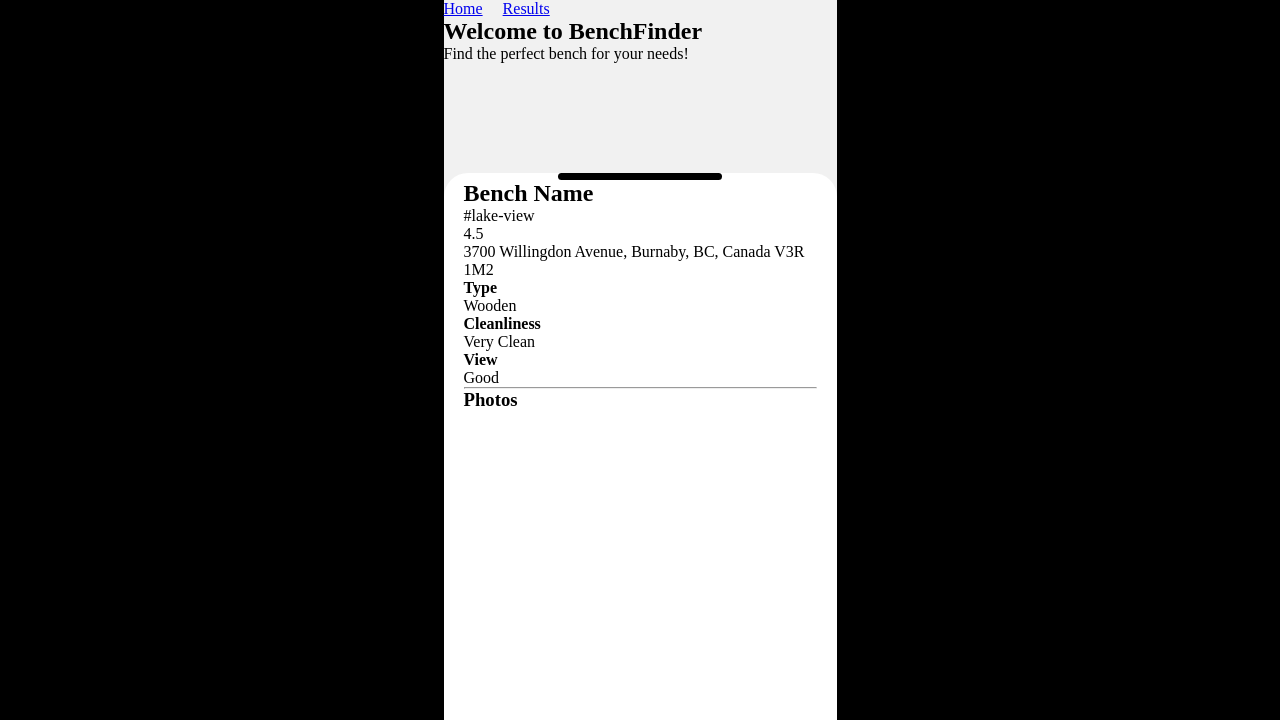
Repository: HidayatPatil/BenchFinder
Page: /
The author's editor kept a copy of each file at every save. The page is drawn from the files as they stood at one save, then again after the next save.
The browser window is 1280 px wide. The pictures show the whole page.
The project was rebuilt for these pictures with package versions that can differ from the ones it lists, and the page was loaded fresh each time. Also part of the build but not shown: vite.config.js, src/Results.jsx.

Above is the page before, as saved 2025-10-09 19:04:34.

After the next save:
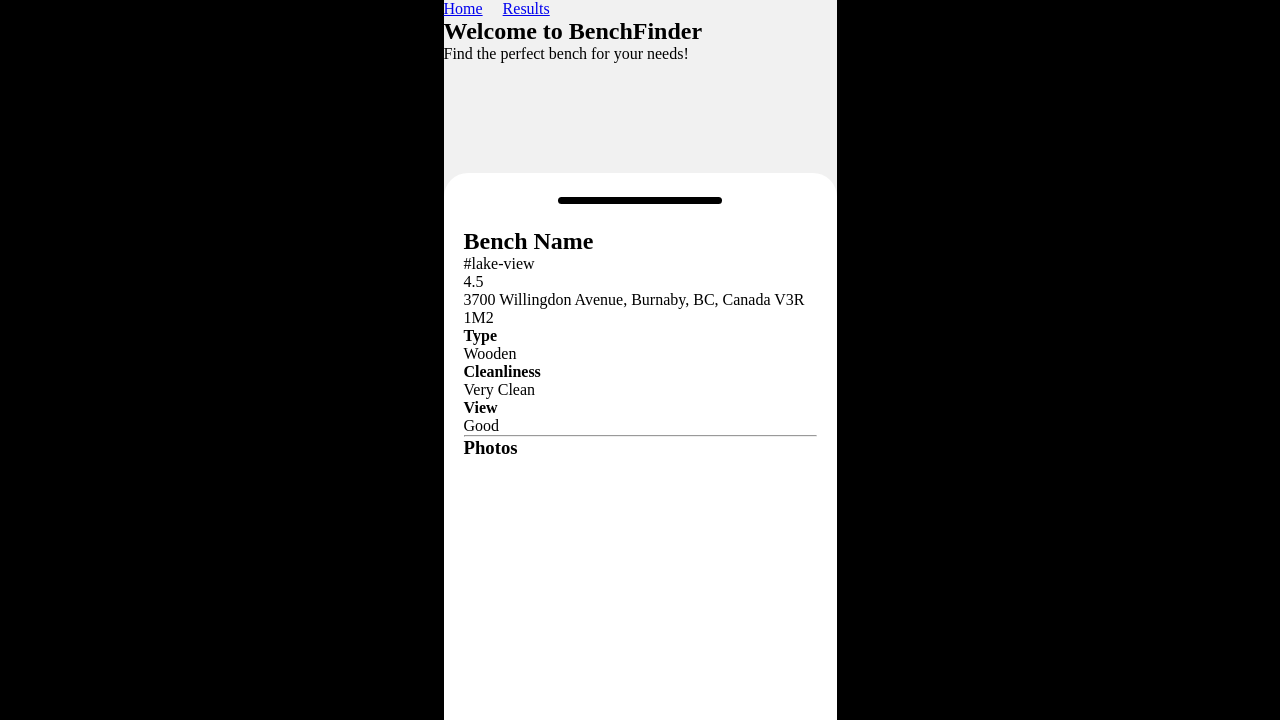
Saved 8 s later.
--- a/src/index.css
+++ b/src/index.css
@@ -48,5 +48,5 @@ body, html {
     height: 7px;
     border-radius: 100px;
     background-color: black;
-    margin: auto;
+    margin: 24px auto;
 }
